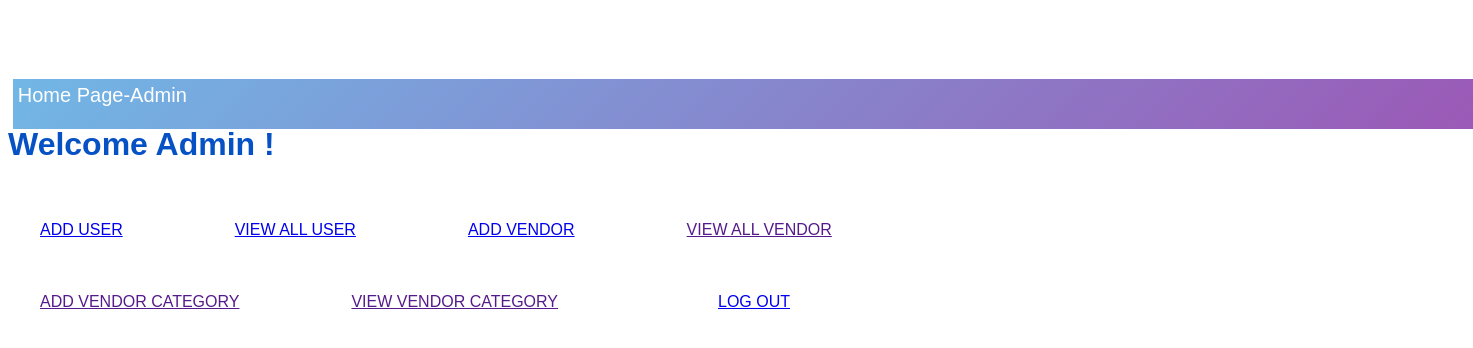
Repository: Akshayjoshy/MY-PROJECTS
Page: http://localhost/Koottam/WEB-INF/jsp/AdminHome.jsp
These files come from the project's save history. The page is drawn as it stood at one moment and after the next save; the edit follows.
The browser window is 1280 px wide. The page is 1473 px wide, so the pictures cover 1473 px, including what lies to the right of the window. The pictures show the whole page.
The page is served by Tomcat 9. Nobody is signed in. Other server files are loaded and not shown. The template is opened directly, without the code that normally fills it, so the values that code supplies are empty.

Above is the page before, as saved 2023-01-20 14:26:13.

### Koottam/Koottam/src/main/webapp/WEB-INF/jsp/AdminHome.jsp
<%@ page language="java" contentType="text/html; charset=ISO-8859-1"
    pageEncoding="ISO-8859-1"%>
<!DOCTYPE html>
<html>
<head>
<title>AdminHomePage</title>
<style>
*{
	font-family:sans-serif;
}
span{
	font-size:20px;
	position: absolute ;
	left: 1%;
	top :11%;
	height:40px;
	padding:5px;
	width:1450px;
	background:linear-gradient(135deg, #71b7e6, #9b59b6);
	color:white;

}

.main{
	margin:10% auto 0;
	height:500px;
	width:1460px;
	border: 2px solid linear-gradient(135deg, #71b7e6, #9b59b6);
    border-radius: 4px;
	position:absolute right;
}
h1{
	color:#0652C5;
}
.click{
		left:5%;
}
.main .a{
			position:absolute;


}
</style>
</head>
<body>
<form action="/home" method="post">
<span>Home Page-Admin</span>
<div class="main">

<h1>Welcome Admin !</h1>
<br>
<br>

&emsp;&emsp;<a href="/user">ADD USER</a>&emsp;&emsp;&emsp;&emsp;&emsp;&emsp;&emsp;<a href="/getAllUsers">VIEW ALL USER</a>&emsp;&emsp;&emsp;&emsp;&emsp;&emsp;&emsp;<a href="/vendors">ADD VENDOR</a>&emsp;&emsp;&emsp;&emsp;&emsp;&emsp;&emsp;<a href="">VIEW ALL VENDOR</a>
<br>
<br>
<br>
<br>
&emsp;&emsp;<a href="">ADD VENDOR CATEGORY</a>&emsp;&emsp;&emsp;&emsp;&emsp;&emsp;&emsp;<a href="">VIEW VENDOR CATEGORY</a>&emsp;&emsp;&emsp;&emsp;&emsp;&emsp;&emsp;&emsp;&emsp;&emsp;<a href="/">LOG OUT</a>



</div>


</form>

</body>
</html>

After the next save:
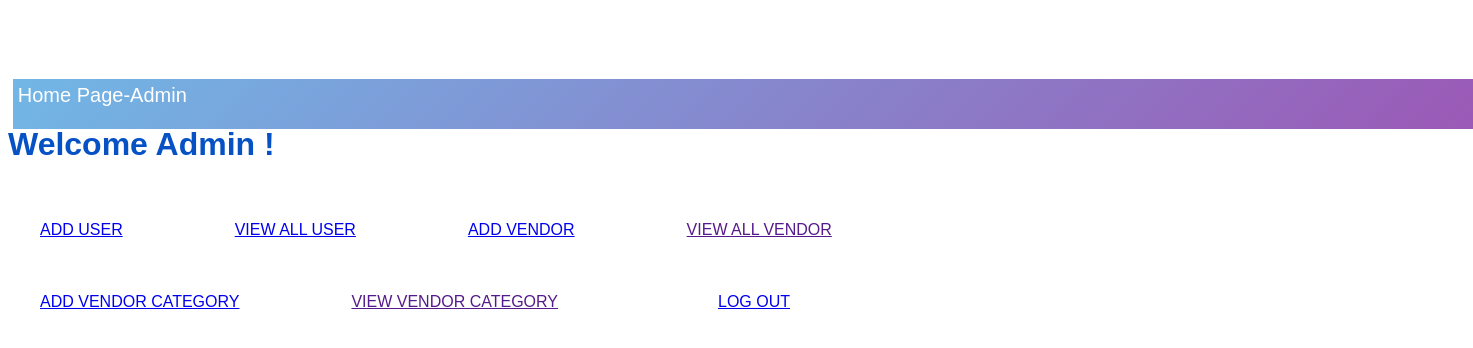
Saved 93 s later.
--- a/Koottam/Koottam/src/main/webapp/WEB-INF/jsp/AdminHome.jsp
+++ b/Koottam/Koottam/src/main/webapp/WEB-INF/jsp/AdminHome.jsp
@@ -56,7 +56,7 @@ h1{
 <br>
 <br>
 <br>
-&emsp;&emsp;<a href="">ADD VENDOR CATEGORY</a>&emsp;&emsp;&emsp;&emsp;&emsp;&emsp;&emsp;<a href="">VIEW VENDOR CATEGORY</a>&emsp;&emsp;&emsp;&emsp;&emsp;&emsp;&emsp;&emsp;&emsp;&emsp;<a href="/">LOG OUT</a>
+&emsp;&emsp;<a href="/vendorCategory">ADD VENDOR CATEGORY</a>&emsp;&emsp;&emsp;&emsp;&emsp;&emsp;&emsp;<a href="">VIEW VENDOR CATEGORY</a>&emsp;&emsp;&emsp;&emsp;&emsp;&emsp;&emsp;&emsp;&emsp;&emsp;<a href="/">LOG OUT</a>
 
 
 
